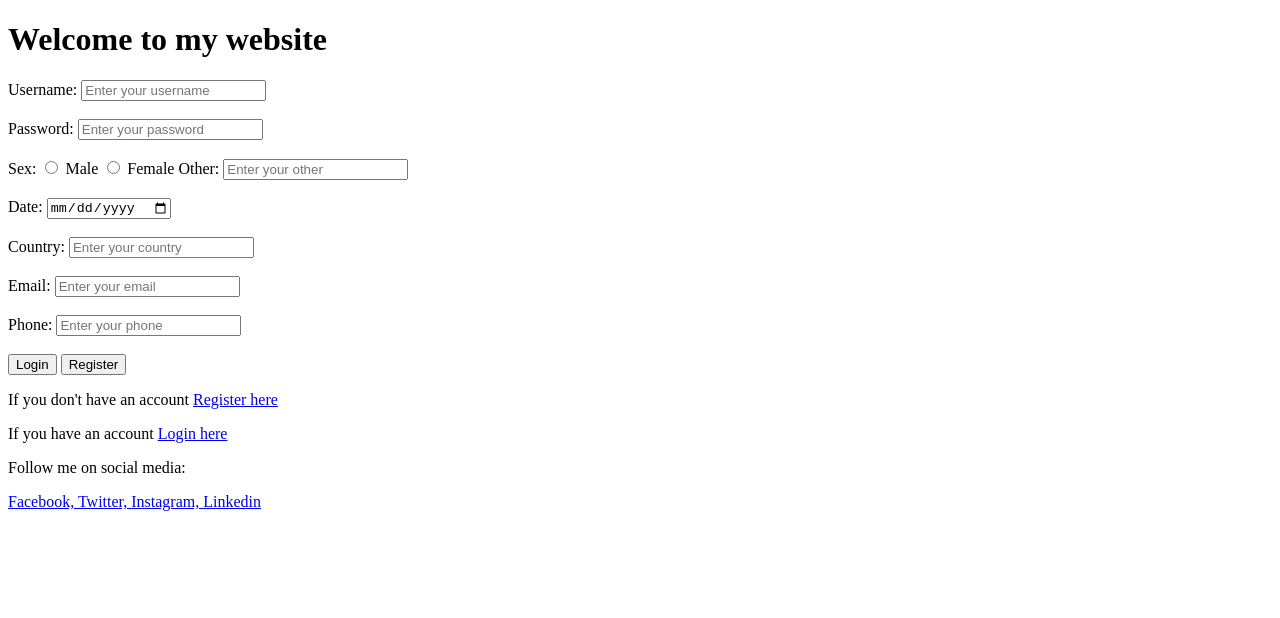
Repository: bao2222/hoc-lam-web
Page: welcome.html
These files come from the project's save history. The page is drawn as it stood at one moment and after the next save; the edit follows.
The browser window is 1280 px wide. The pictures show the whole page.

Above is the page before, as saved 2024-12-24 20:02:17.

### welcome.html
<!DOCTYPE html>
<html lang="en">

    <head>
        <meta charset="UTF-8">
        <title>Welcome</title>
        <meta content = "this is my website" name = "description">
        <meta author = "me">




    </head>

    <body>
        <h1>Welcome to my website</h1>
        <header>
            <div>
                <div>
                    <form action="#" method="post">
                        <label for="username">Username:</label>
                        <input type="text" id="username" name="username" placeholder="Enter your username" required><br><br>
                        <label for="password">Password:</label>
                        <input type="password" id="password" name="password" placeholder="Enter your password" required><br><br>
                        <label for="sex">Sex:</label>
                        <input type="radio" id="male" name="sex" value="male">
                        <label for="male">Male</label>
                        <input type="radio" id="female" name="sex" value="female">
                        <label for="female">Female</label>
                        <label for="other">Other:</label>
                        <input type="text" id="other" name="other" placeholder="Enter your other"><br><br>
                        <label for="date">Date:</label>
                        <input type="date" id="date" name="date"><br><br>
                        <label for="country">Country:</label>
                        <input type="text" id="country" name="country" placeholder="Enter your country" required><br><br>
                        <label for="email">Email:</label>
                        <input type="email" id="email" name="email" placeholder="Enter your email" required><br><br>
                        <label for="phone">Phone:</label>
                        <input type="tel" id="phone" name="phone" placeholder="Enter your phone" required><br><br>
                        <button type="submit">Login</button>
                        <button type="reset">Register</button>
                    </form>
                </div>

                <div>
                    <p>If you don't have an account <a href="register.html">Register here</a></p>
                </div>

                <div>
                    <p>If you have an account <a href="login.html">Login here</a></p>
                </div>

                <div>
                    <p>Follow me on social media: </p>
                    <a target = "_blank" href="https://www.facebook.com/">Facebook,  </a>
                    <a target = "_blank" href="https://www.twitter.com/"> Twitter, </a>
                    <a target="_blank" href="https://www.instagram.com/"> Instagram, </a>
                    <a target = "_blank" href="https://www.linkedin.com/"> Linkedin</a>
                </div>

                </div>

        </header>
        <main></main>
        <footer></footer>




    </body>





</html>

After the next save:
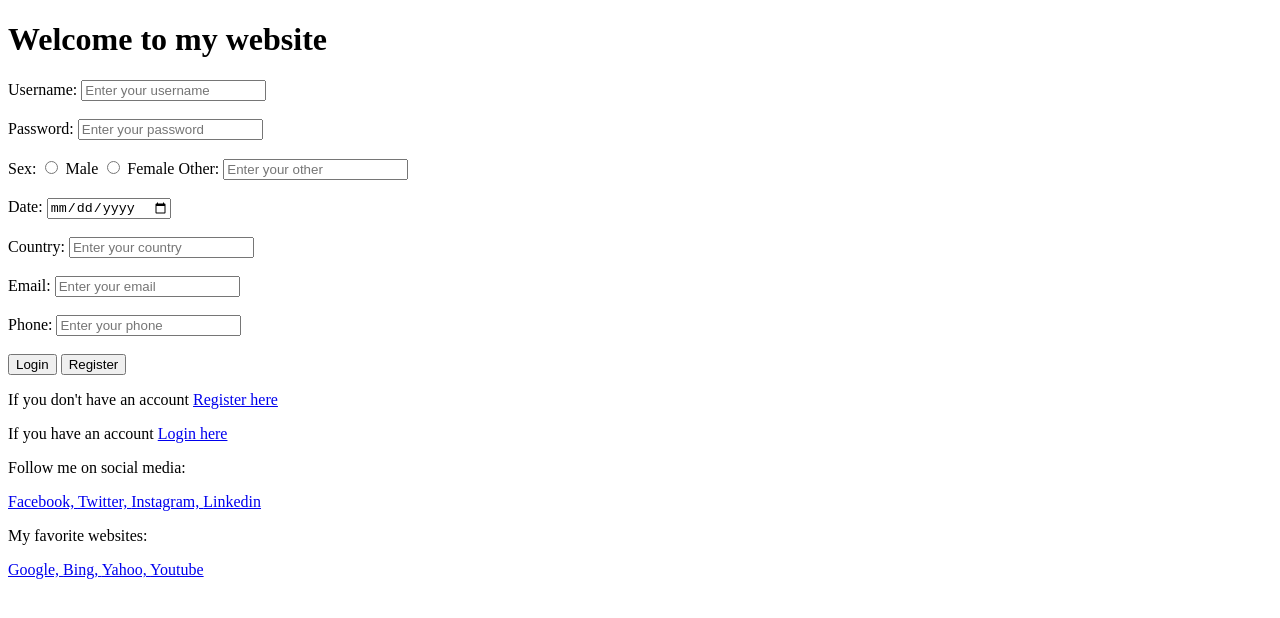
Saved 114 s later.
--- a/welcome.html
+++ b/welcome.html
@@ -58,6 +58,17 @@
                     <a target = "_blank" href="https://www.linkedin.com/"> Linkedin</a>
                 </div>
 
+                <div>
+                    <p>My favorite websites: </p>
+                    <a target = "_blank" href="https://www.google.com/">Google,  </a>
+                    <a target = "_blank" href="https://www.bing.com/"> Bing, </a>
+                    <a target="_blank" href="https://www.yahoo.com/"> Yahoo, </a>
+                    <a target = "_blank" href="https://www.youtube.com/"> Youtube</a>
+                </div>
+                </div>
+
+
+
                 </div>
 
         </header>
